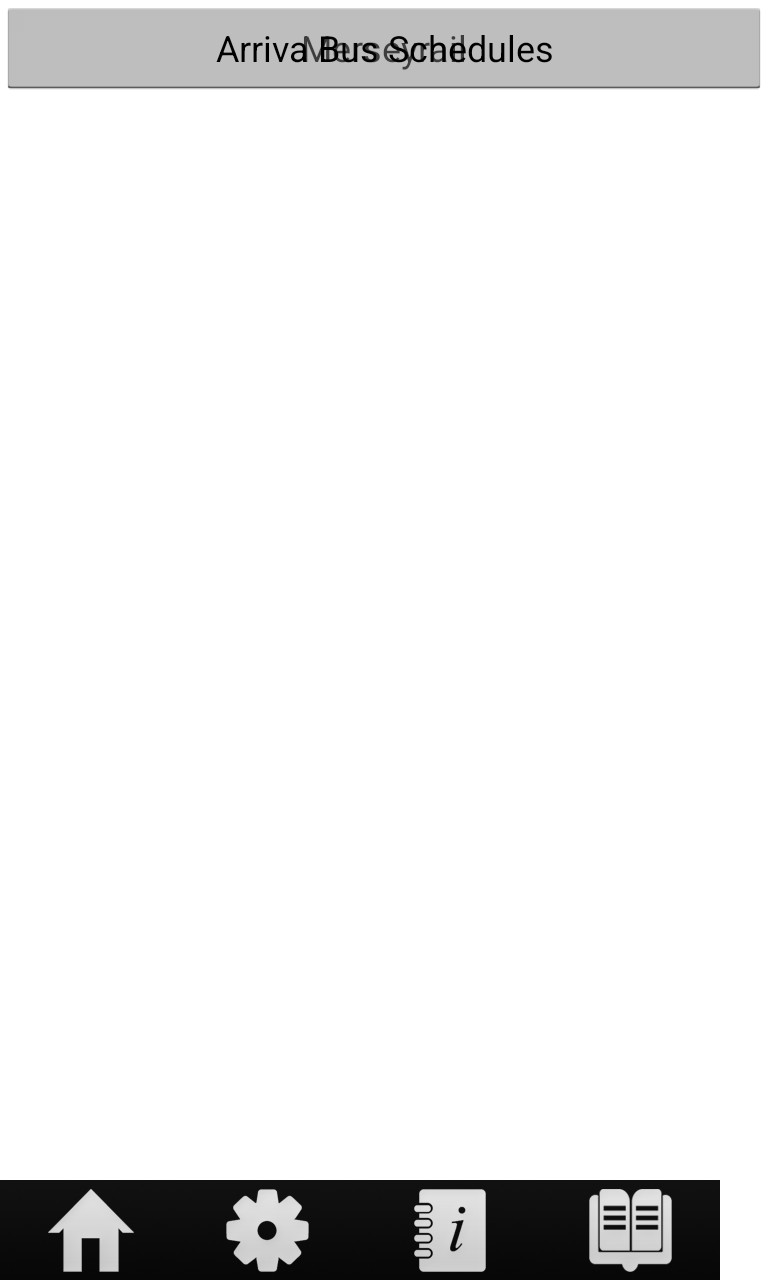
Repository: jo3bolton/PIKJEJ
Layout: PIKJEJ v7/PIKJEJ/res/layout/activity_alt_travel.xml
An editor plug-in stored every save of this project. The layout is shown before and after the next save, followed by the edit.
It is drawn on a 768 x 1280 px phone screen (xhdpi) without system bars, with theme AppTheme; the app's code is not run.

Above is the layout before, as saved 2013-03-23 15:03:24.

### PIKJEJ v7/PIKJEJ/res/layout/activity_alt_travel.xml
<RelativeLayout xmlns:android="http://schemas.android.com/apk/res/android"
    xmlns:tools="http://schemas.android.com/tools"
    android:id="@+id/map"
    android:layout_width="match_parent"
    android:layout_height="match_parent"
    android:screenOrientation="portrait"
    tools:context=".AltTravel" >

     <ImageButton
         android:id="@+id/home"
         android:layout_width="wrap_content"
         android:layout_height="wrap_content"
         android:layout_alignParentBottom="true"
         android:layout_alignParentLeft="true"
         android:background="@drawable/ic_tab_home_unselected"
         android:contentDescription="@string/title_activity_home"
         android:onClick="Home" />

    <ImageButton
        android:id="@+id/settings"
        android:layout_width="wrap_content"
        android:layout_height="wrap_content"
        android:layout_alignParentBottom="true"
        android:layout_toRightOf="@+id/home"
        android:background="@drawable/ic_tab_settings_unselected"
        android:contentDescription="@string/title_activity_settings"
        android:onClick="Settings" />

    <ImageButton
        android:id="@+id/about"
        android:layout_width="wrap_content"
        android:layout_height="wrap_content"
        android:layout_alignParentBottom="true"
        android:layout_toRightOf="@+id/settings"
        android:background="@drawable/ic_tab_about_unselected"
        android:contentDescription="@string/title_activity_about"
        android:onClick="About" />

    <ImageButton
        android:id="@+id/userguide"
        android:layout_width="wrap_content"
        android:layout_height="wrap_content"
        android:layout_alignParentBottom="true"
        android:layout_toRightOf="@+id/about"
        android:background="@drawable/ic_tab_userguide_unselected"
        android:contentDescription="@string/title_activity_userguide"
        android:onClick="Userguide" />

	<ScrollView
    android:id="@+id/ScrollView1"
    android:layout_width="wrap_content"
    android:layout_height="wrap_content"
    android:layout_alignParentLeft="true"
    android:layout_alignParentTop="true"
    android:layout_marginTop="82dp" >

</ScrollView>
	<Button
	    android:id="@+id/MerseyRailButton1"
	    android:layout_width="wrap_content"
	    android:layout_height="wrap_content"
	    android:layout_alignParentLeft="true"
	    android:layout_alignParentRight="true"
	    android:layout_alignParentTop="true"
	    android:contentDescription="@string/alt_travel_merseyrail"
	    android:onClick="Merseyrail"
	    android:text="@string/alt_travel_merseyrail"  />
	<Button
	    android:id="@+id/arrivaButton1"
	    android:layout_width="wrap_content"
	    android:layout_height="wrap_content"
	    android:layout_alignParentLeft="true"
	    android:layout_alignParentRight="true"
	    android:layout_alignParentTop="true"
	    android:contentDescription="@string/alt_travel_arriva"
	    android:onClick="Arriva"
	    android:text="@string/alt_travel_arriva" />

</RelativeLayout>

### PIKJEJ v7/PIKJEJ/res/values/strings.xml
<?xml version="1.0" encoding="utf-8"?>
<resources>

    <string name="app_name">PIKJEJ</string>
    <string name="action_settings">Settings</string>
    <string name="hello_world">Hello world!</string>
    <string name="title_activity_about">About</string>
    <string name="title_activity_alt_travel">AltTravel</string>
    <string name="title_activity_userguide">Userguide</string>
    <string name="title_activity_schedule">Schedule</string>
    <string name="title_activity_settings">Settings</string>
    <string name="title_activity_predictor">Predictor</string>
    <string name="title_activity_terms">Terms</string>
    <string name="title_activity_splash">Splash</string>
    <string name="title_activity_home">Home</string>
    <string name="Clock">DigitalClock</string><string name="page_about"><b>The PIKJEJ Application was created by the PIKJEJ development team.</b> \n \n <b> Project Leader:</b> \n Joseph Bolton \n\n <b>Team Members:</b> \n Ethan Tsang \n James Cassidy \n Peter Fletcher \n Ian Cannon \n  Kyle Ryan \n\n PIKJEJ Car Park Application \n Version 7.1 \n Copyright 2013 PIKJEJ \n\n Map facilities provided by Google Maps \n\n </string>
    <string name="alt_travel_merseyrail">Merseyrail</string><string name="alt_travel_arriva">Arriva Bus Schedules</string>



</resources>

Loaded but not shown: PIKJEJ v7/PIKJEJ/res/values/styles.xml (common file); PIKJEJ v7/PIKJEJ/res/values-v11/styles.xml (common file); PIKJEJ v7/PIKJEJ/res/values-v14/styles.xml (common file)

After the next save:
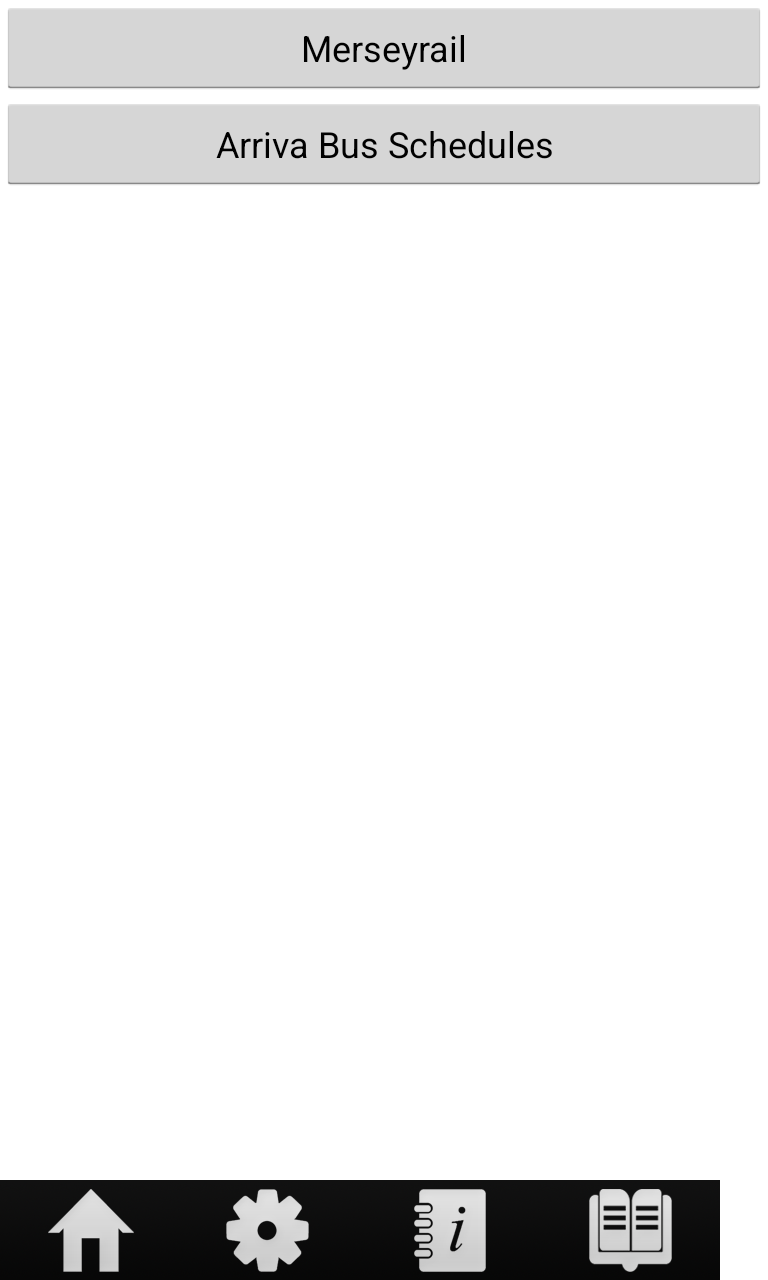
Saved 14 s later.
--- a/PIKJEJ v7/PIKJEJ/res/layout/activity_alt_travel.xml
+++ b/PIKJEJ v7/PIKJEJ/res/layout/activity_alt_travel.xml
@@ -65,13 +65,14 @@
 	    android:contentDescription="@string/alt_travel_merseyrail"
 	    android:onClick="Merseyrail"
 	    android:text="@string/alt_travel_merseyrail"  />
+
 	<Button
 	    android:id="@+id/arrivaButton1"
 	    android:layout_width="wrap_content"
 	    android:layout_height="wrap_content"
 	    android:layout_alignParentLeft="true"
 	    android:layout_alignParentRight="true"
-	    android:layout_alignParentTop="true"
+	    android:layout_below="@+id/MerseyRailButton1"
 	    android:contentDescription="@string/alt_travel_arriva"
 	    android:onClick="Arriva"
 	    android:text="@string/alt_travel_arriva" />
